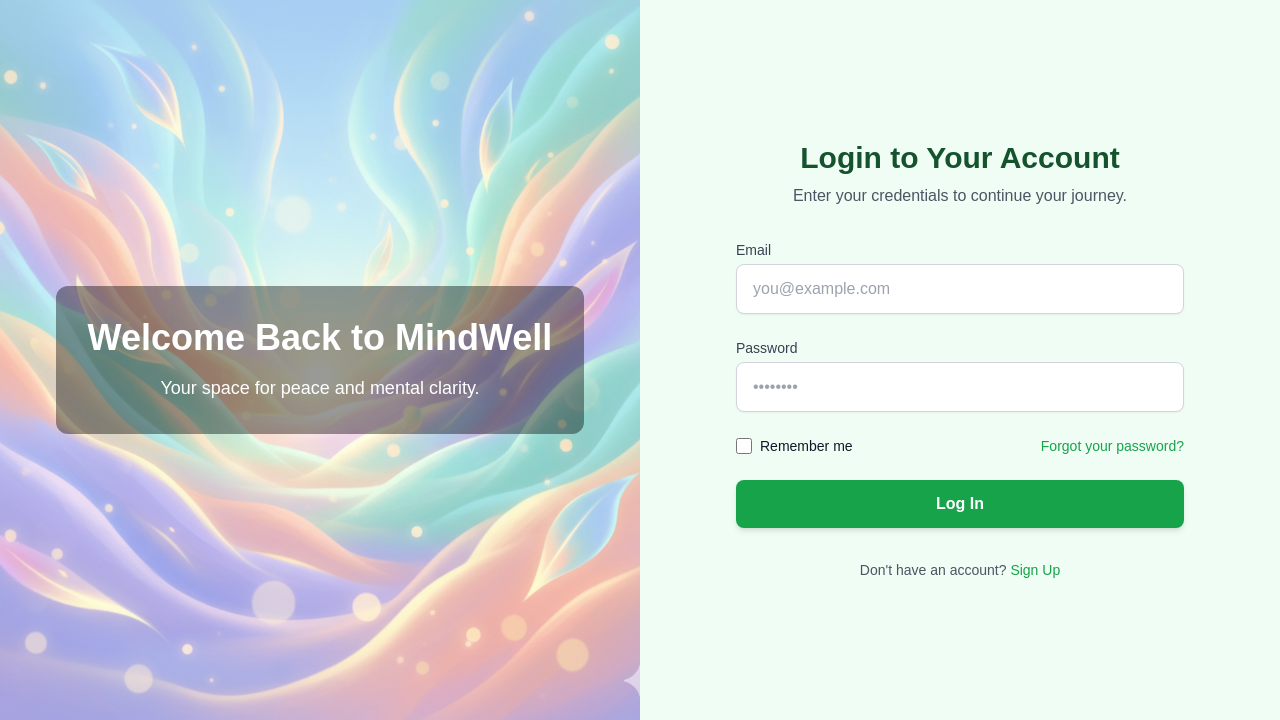
Repository: alokse24b01025/mentalhealth-project-sih-
Page: /login (app in p1/)
An editor plug-in stored every save of this project. The page is shown before and after the next save, followed by the edit.
The browser window is 1280 px wide. The pictures show the whole page.
The project was rebuilt for these pictures with package versions that can differ from the ones it lists, and the page was loaded fresh each time. Also part of the build but not shown: p1/vite.config.js, p1/src/components/Header.jsx, p1/src/components/Footer.jsx, p1/src/pages/HomePage.jsx, p1/src/components/Chatbot.jsx, p1/src/pages/ChatPage.jsx, p1/src/components/ResourceCard.jsx, p1/src/data/mockResources.js and 7 more.

Above is the page before, as saved 2025-09-09 10:42:04.

After the next save:
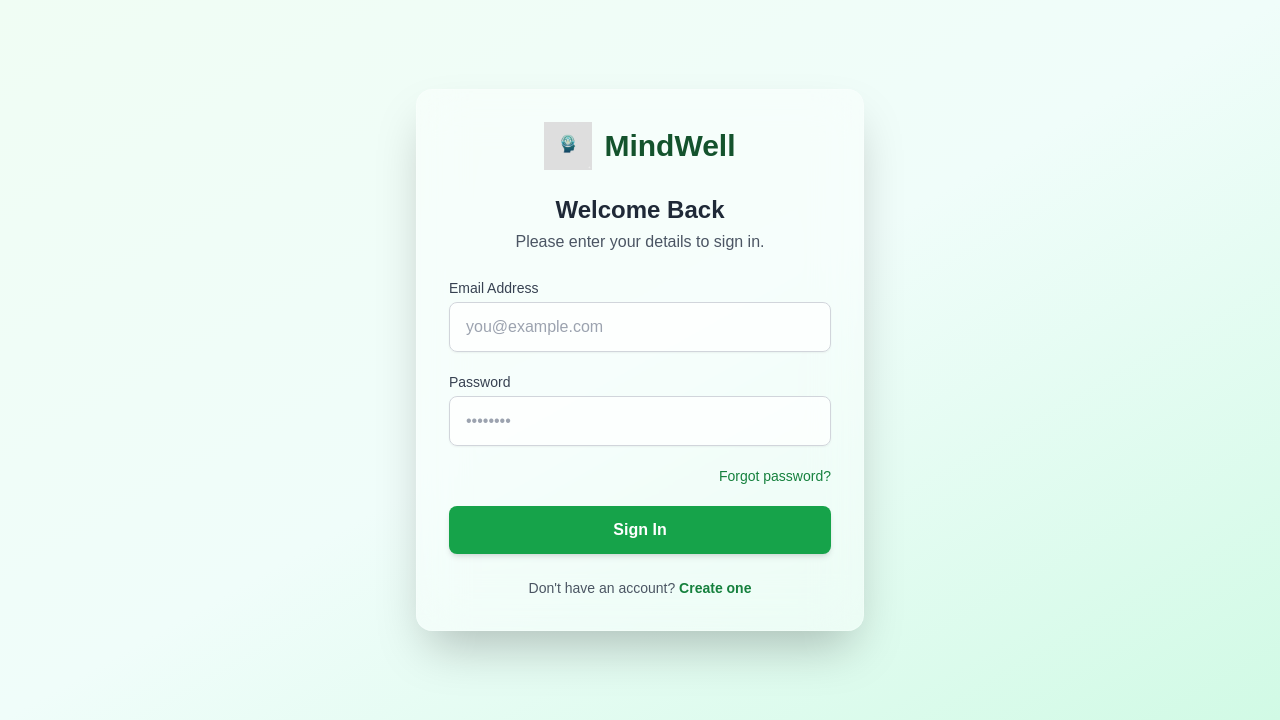
Saved 8 min 41 s later.
--- a/p1/src/pages/LoginPage.jsx
+++ b/p1/src/pages/LoginPage.jsx
@@ -1,7 +1,7 @@
 import React, { useState } from 'react';
 import { useAuth } from '../AuthContext';
 import { Link, useNavigate } from 'react-router-dom';
-import peaceBackground from '../assets/peace-background.png'; // Using the background we created
+import logo from '../assets/logo.png'; // We'll use the logo on the card itself
 
 const LoginPage = () => {
   const [email, setEmail] = useState('');
@@ -27,86 +27,73 @@
   };
 
   return (
-    <div className="min-h-screen w-full lg:grid lg:grid-cols-2">
-      {/* Left Side: Visual Welcome Panel */}
-      <div className="relative hidden lg:flex items-center justify-center">
-        <img
-          src={peaceBackground}
-          alt="Peaceful abstract background"
-          className="absolute inset-0 h-full w-full object-cover"
-        />
-        <div className="relative z-10 text-center text-white p-8 bg-black/40 rounded-xl">
-          <h1 className="text-4xl font-bold">Welcome Back to MindWell</h1>
-          <p className="mt-4 text-lg">Your space for peace and mental clarity.</p>
+    <div className="min-h-screen w-full flex items-center justify-center bg-gradient-to-br from-green-50 via-teal-50 to-emerald-100 p-4">
+
+      {/* Glassmorphism Login Card */}
+      <div className="w-full max-w-md rounded-2xl bg-white/40 backdrop-blur-xl border border-white/20 shadow-2xl p-8">
+
+        {/* Logo and Branding */}
+        <div className="flex justify-center items-center mb-6">
+          <img src={logo} alt="MindWell Logo" className="h-12 w-auto" />
+          <span className="ml-3 text-3xl font-bold text-green-900">MindWell</span>
         </div>
-      </div>
 
-      {/* Right Side: Login Form */}
-      <div className="flex items-center justify-center p-6 sm:p-12 bg-green-50">
-        <div className="w-full max-w-md">
-          <div className="text-center mb-8">
-            <h2 className="text-3xl font-bold text-green-900">Login to Your Account</h2>
-            <p className="mt-2 text-gray-600">Enter your credentials to continue your journey.</p>
+        <div className="text-center mb-6">
+          <h2 className="text-2xl font-bold text-gray-800">Welcome Back</h2>
+          <p className="mt-1 text-gray-600">Please enter your details to sign in.</p>
+        </div>
+
+        {error && <p className="mb-4 p-3 bg-red-100 text-red-700 rounded-lg text-center">{error}</p>}
+
+        <form onSubmit={handleSubmit} className="space-y-5">
+          <div>
+            <label htmlFor="email" className="block text-sm font-medium text-gray-700">Email Address</label>
+            <input
+              id="email"
+              type="email"
+              value={email}
+              onChange={(e) => setEmail(e.target.value)}
+              required
+              className="w-full px-4 py-3 mt-1 bg-white/70 border border-gray-300 rounded-lg shadow-sm focus:outline-none focus:ring-2 focus:ring-green-500 focus:border-transparent transition"
+              placeholder="you@example.com"
+            />
+          </div>
+          <div>
+            <label htmlFor="password" className="block text-sm font-medium text-gray-700">Password</label>
+            <input
+              id="password"
+              type="password"
+              value={password}
+              onChange={(e) => setPassword(e.target.value)}
+              required
+              className="w-full px-4 py-3 mt-1 bg-white/70 border border-gray-300 rounded-lg shadow-sm focus:outline-none focus:ring-2 focus:ring-green-500 focus:border-transparent transition"
+              placeholder="••••••••"
+            />
           </div>
 
-          {error && <p className="mb-4 p-3 bg-red-100 text-red-700 rounded-md text-center">{error}</p>}
+          <div className="text-right text-sm">
+            <a href="#" className="font-medium text-green-700 hover:text-green-600">Forgot password?</a>
+          </div>
 
-          <form onSubmit={handleSubmit} className="space-y-6">
-            <div>
-              <label htmlFor="email" className="block text-sm font-medium text-gray-700">Email</label>
-              <input
-                id="email"
-                type="email"
-                value={email}
-                onChange={(e) => setEmail(e.target.value)}
-                required
-                className="w-full px-4 py-3 mt-1 bg-white border border-gray-300 rounded-lg shadow-sm focus:outline-none focus:ring-2 focus:ring-green-500 focus:border-transparent transition"
-                placeholder="you@example.com"
-              />
-            </div>
-            <div>
-              <label htmlFor="password" className="block text-sm font-medium text-gray-700">Password</label>
-              <input
-                id="password"
-                type="password"
-                value={password}
-                onChange={(e) => setPassword(e.target.value)}
-                required
-                className="w-full px-4 py-3 mt-1 bg-white border border-gray-300 rounded-lg shadow-sm focus:outline-none focus:ring-2 focus:ring-green-500 focus:border-transparent transition"
-                placeholder="••••••••"
-              />
-            </div>
+          <button
+            type="submit"
+            disabled={isLoading}
+            className={`w-full py-3 px-4 font-semibold rounded-lg shadow-md transition-all duration-300 ${
+              isLoading
+                ? 'bg-green-300 cursor-not-allowed'
+                : 'bg-green-600 text-white hover:bg-green-700 focus:outline-none focus:ring-2 focus:ring-offset-2 focus:ring-green-500'
+            }`}
+          >
+            {isLoading ? 'Signing In...' : 'Sign In'}
+          </button>
+        </form>
 
-            <div className="flex items-center justify-between">
-              <div className="flex items-center">
-                <input id="remember-me" name="remember-me" type="checkbox" className="h-4 w-4 text-green-600 focus:ring-green-500 border-gray-300 rounded" />
-                <label htmlFor="remember-me" className="ml-2 block text-sm text-gray-900">Remember me</label>
-              </div>
-              <div className="text-sm">
-                <a href="#" className="font-medium text-green-600 hover:text-green-500">Forgot your password?</a>
-              </div>
-            </div>
-
-            <button
-              type="submit"
-              disabled={isLoading}
-              className={`w-full py-3 px-4 font-semibold rounded-lg shadow-md transition-all duration-300 ${
-                isLoading
-                  ? 'bg-green-300 cursor-not-allowed'
-                  : 'bg-green-600 text-white hover:bg-green-700 focus:outline-none focus:ring-2 focus:ring-offset-2 focus:ring-green-500'
-              }`}
-            >
-              {isLoading ? 'Logging In...' : 'Log In'}
-            </button>
-          </form>
-
-          <p className="mt-8 text-center text-sm text-gray-600">
-            Don't have an account?{' '}
-            <Link to="/signup" className="font-medium text-green-600 hover:text-green-500">
-              Sign Up
-            </Link>
-          </p>
-        </div>
+        <p className="mt-6 text-center text-sm text-gray-600">
+          Don't have an account?{' '}
+          <Link to="/signup" className="font-semibold text-green-700 hover:text-green-600">
+            Create one
+          </Link>
+        </p>
       </div>
     </div>
   );
